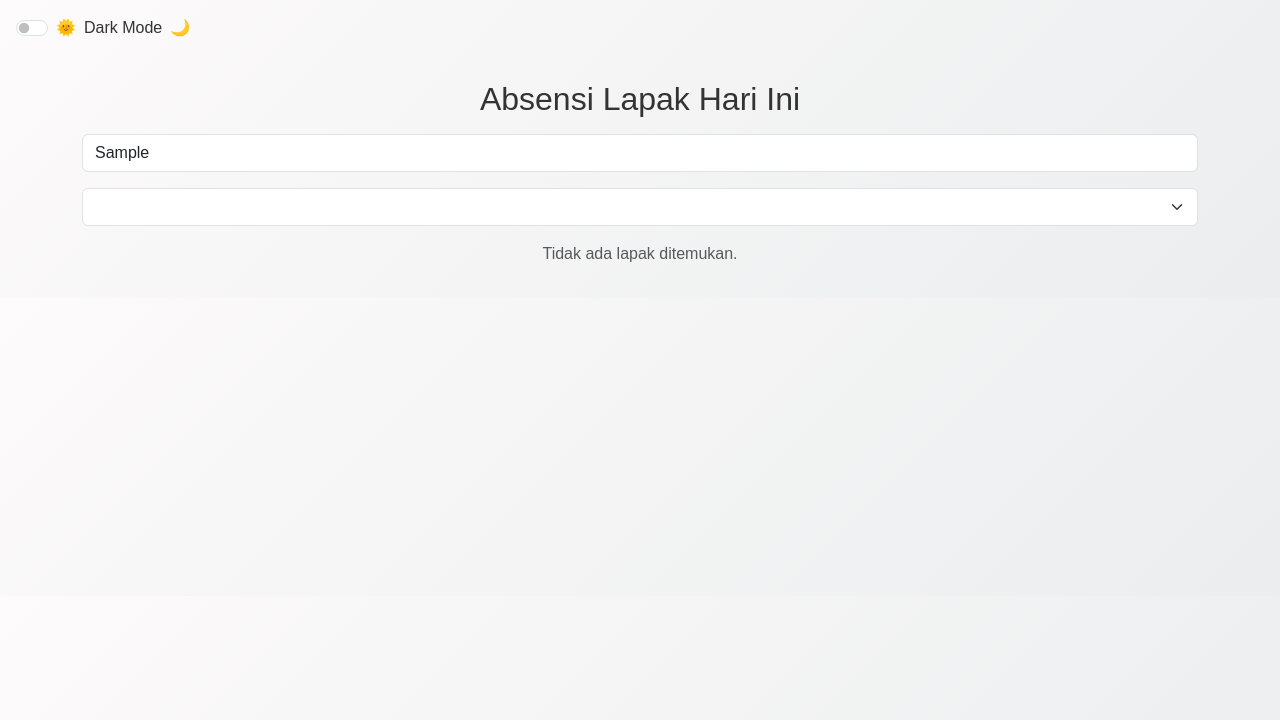
Repository: pasarrakyatbak/absensi
Page: index.html
The author's editor kept a copy of each file at every save. The page is drawn from the files as they stood at one save, then again after a run of saves.
The browser window is 1280 px wide. The pictures show the whole page.
Empty fields were first filled with sample values (such as "Sample", 5 or name@example.com).
After loading, the first visible `#searchInput` was changed once.
The page's requests for data from a server got no answer.

Above is the page before, as saved 2025-09-22 06:04:53.

After the next 2 saves:
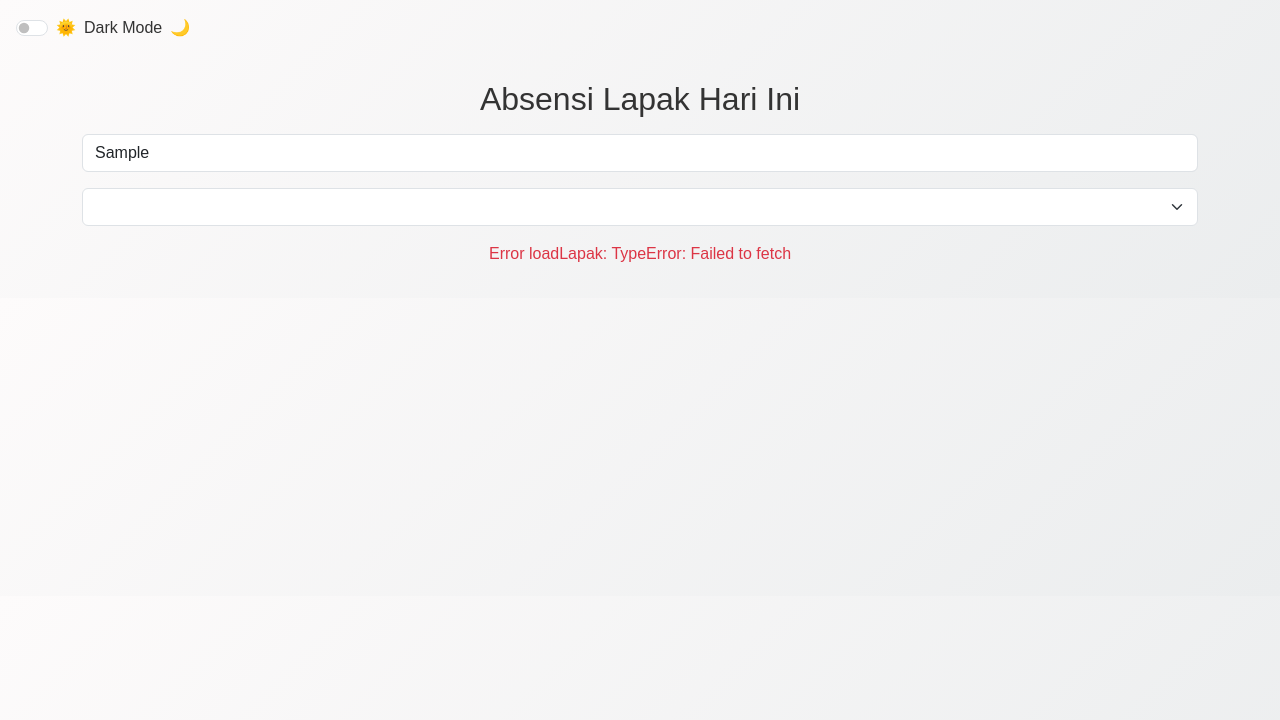
Console error: ReferenceError: renderLapak is not defined
The 2 saves are shown as one change because they came seconds apart.
The last was saved 22 s later.
--- a/script.js
+++ b/script.js
@@ -32,7 +32,7 @@
         }
 
         lapakData = json.data;
-        renderLapakPage(lapakData, 1);
+        renderLapak(lapakData);
         updateSummary();
         updateAbsensiInfo();
         showAbsensiLoading(false);
@@ -110,39 +110,6 @@
     const pagedData = data.slice(startIndex, startIndex + itemsPerPage);
     renderLapak(pagedData);
 }
-// =================== Render daftar lapak ===================
-function renderLapak(data) {
-    const container = document.getElementById("lapakContainer");
-    if (!container) return;
-
-    container.innerHTML = "";
-
-    if (!data || data.length === 0) {
-        container.innerHTML = `<p class="text-center text-muted">Tidak ada lapak ditemukan.</p>`;
-        return;
-    }
-
-    data.forEach(lapak => {
-        const col = document.createElement("div");
-        col.className = "col-md-4";
-        col.innerHTML = `
-            <div class="card lapak-card mb-3 p-3" data-no-lapak="${lapak.noLapak}" style="cursor:pointer;">
-                <div class="d-flex justify-content-between align-items-center mb-2">
-                    <h5 class="card-title mb-0">Lapak ${lapak.noLapak}</h5>
-                    <span class="badge ${lapak.statusAbsensi === '✅ Hadir' ? 'bg-success' : 'bg-danger'}">
-                        ${lapak.statusAbsensi || 'Belum Absen'}
-                    </span>
-                </div>
-                <p class="card-text mb-1"><strong>Nama:</strong> ${lapak.nama || '-'}</p>
-                <p class="card-text"><strong>Barang:</strong> ${lapak.barang || '-'}</p>
-            </div>
-        `;
-        col.querySelector(".lapak-card").addEventListener("click", () => {
-            openAbsensiModal(lapak.noLapak, lapak.nama || '');
-        });
-        container.appendChild(col);
-    });
-}
 
 // =================== Absen ke server ===================
 async function absenLapak(noLapak) {
@@ -289,7 +256,7 @@
             return String(lapak.noLapak).toLowerCase().includes(query) ||
                 (lapak.nama || "").toLowerCase().includes(query);
         });
-        renderLapakPage(filtered, 1); // selalu mulai dari halaman 1
+        renderLapak(filtered);
     });
 }
 

After the 4 saves that followed:
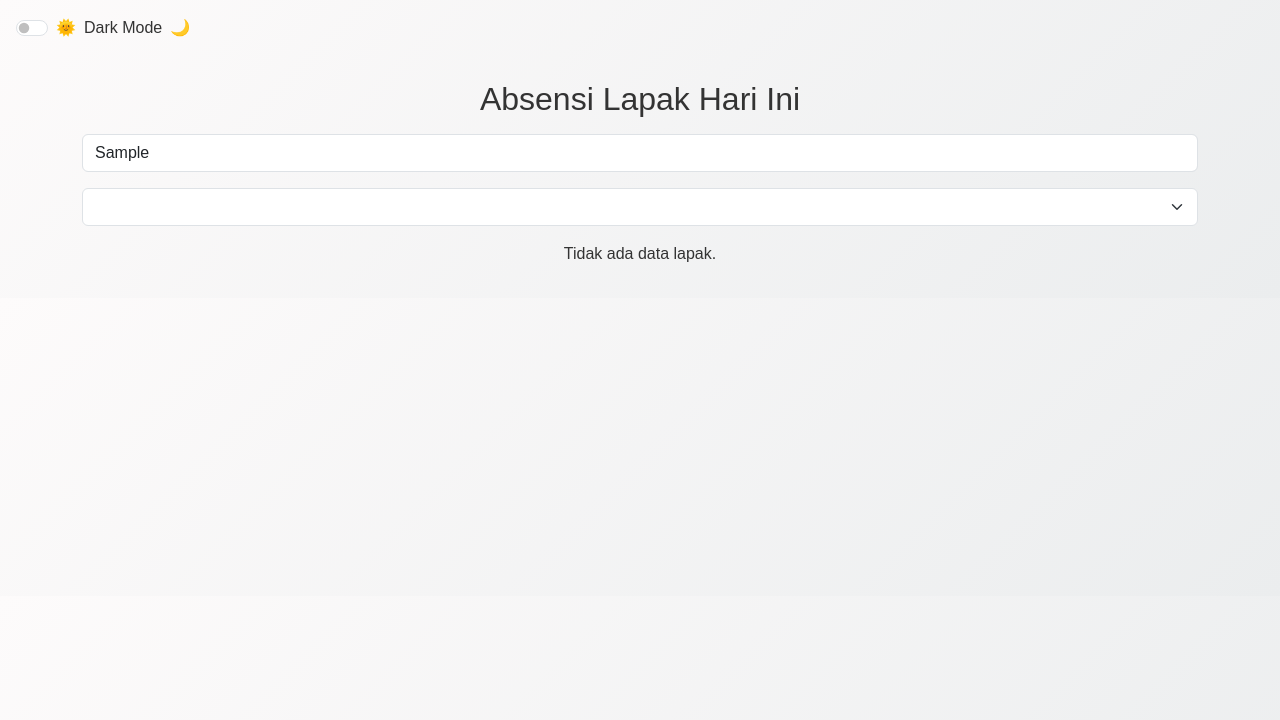
The error is gone.
The 4 saves are shown as one change because 1 left the picture as it was and some came seconds apart.
The last was saved 28 s later.
--- a/script.js
+++ b/script.js
@@ -85,30 +85,45 @@
     lastScrollY = 0;
 }
 
-// =================== Render lapak per page ===================
-function renderLapakPage(data, page = 1) {
-    const totalPages = Math.ceil(data.length / itemsPerPage);
-    currentPage = page;
-
-    // Update dropdown
-    const pageSelect = document.getElementById("lapakPageSelect");
-    if (pageSelect) {
-        pageSelect.innerHTML = "";
-        for (let i = 1; i <= totalPages; i++) {
-            const start = (i - 1) * itemsPerPage + 1;
-            const end = Math.min(i * itemsPerPage, data.length);
-            const option = document.createElement("option");
-            option.value = i;
-            option.textContent = `${start}-${end}`;
-            if (i === page) option.selected = true;
-            pageSelect.appendChild(option);
+// =================== Render lapak ===================
+function renderLapak(data) {
+    const container = document.getElementById("lapakContainer");
+    container.innerHTML = "";
+
+    if (!data.length) {
+        container.innerHTML = `<p class="text-center">Tidak ada data lapak.</p>`;
+        return;
+    }
+
+    data.forEach(lapak => {
+        const noLapak = lapak.noLapak || "-";
+        const namaLapak = lapak.nama || "Tanpa Nama";
+        const hadir = lapak.statusAbsensi === "✅ Hadir";
+
+        const card = document.createElement("div");
+        card.className = "col-md-4 col-sm-6 mb-3";
+        card.innerHTML = `
+    <div class="card lapak-card shadow-sm ${hadir ? 'hadir disabled' : 'belum'}"
+         data-no-lapak="${noLapak}" data-nama-lapak="${namaLapak}">
+
+        <span class="lapak-badge ${hadir ? 'bg-success' : 'bg-danger'}">
+            ${hadir ? 'Sudah Absen' : 'Belum Absen'}
+        </span>
+
+        <div class="card-body text-center">
+            <h5 class="card-title">Lapak ${noLapak}</h5>
+            <p class="card-text">${namaLapak}</p>
+        </div>
+    </div>
+`;
+
+        const cardEl = card.querySelector(".lapak-card");
+        if (!hadir && cardEl) {
+            cardEl.addEventListener("click", () => openAbsensiModal(noLapak, namaLapak));
         }
-        pageSelect.onchange = () => renderLapakPage(data, parseInt(pageSelect.value));
-    }
-
-    const startIndex = (page - 1) * itemsPerPage;
-    const pagedData = data.slice(startIndex, startIndex + itemsPerPage);
-    renderLapak(pagedData);
+
+        container.appendChild(card);
+    });
 }
 
 // =================== Absen ke server ===================
